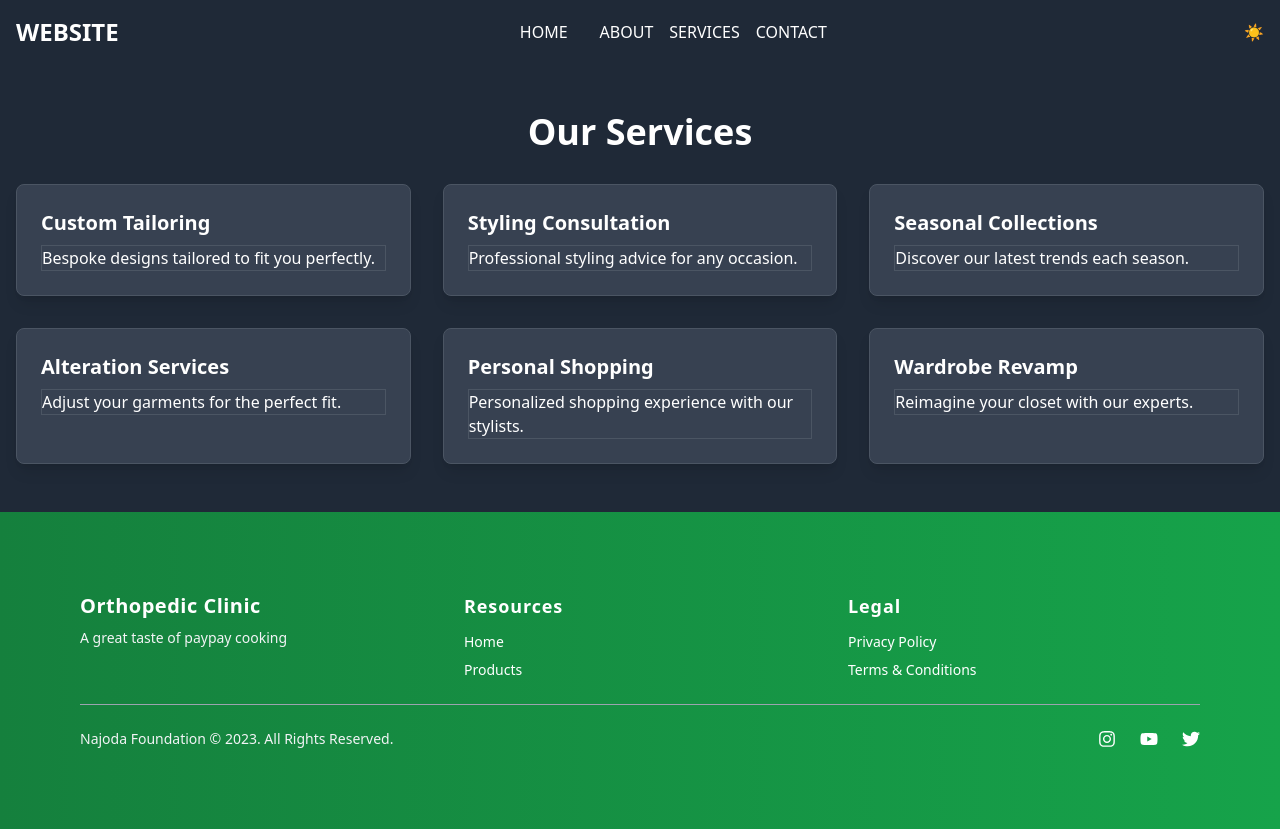
Repository: countaustin1990/file-C-Users-user-Documents-Final-20Cart
Page: /services (app in Documents/BXXXN/my-app/)
An editor plug-in stored every save of this project. The page is shown before and after the next save, followed by the edit.
The browser window is 1280 px wide. The pictures show the whole page.
The project was rebuilt for these pictures with package versions that can differ from the ones it lists, and the page was loaded fresh each time. Also part of the build but not shown: Documents/BXXXN/my-app/vite.config.js, Documents/BXXXN/my-app/src/components/folder/HeroSection.test.jsx, Documents/BXXXN/my-app/src/components/horizontalscroll/style.css, Documents/BXXXN/my-app/src/components/horizontalscroll/HorizontalScroll.jsx, Documents/BXXXN/my-app/src/pages/home/Home.test.jsx, Documents/BXXXN/my-app/src/pages/contact/Contact.jsx, Documents/BXXXN/my-app/src/pages/about/About.jsx.

Above is the page before, as saved 2024-10-31 21:57:23.

After the next save:
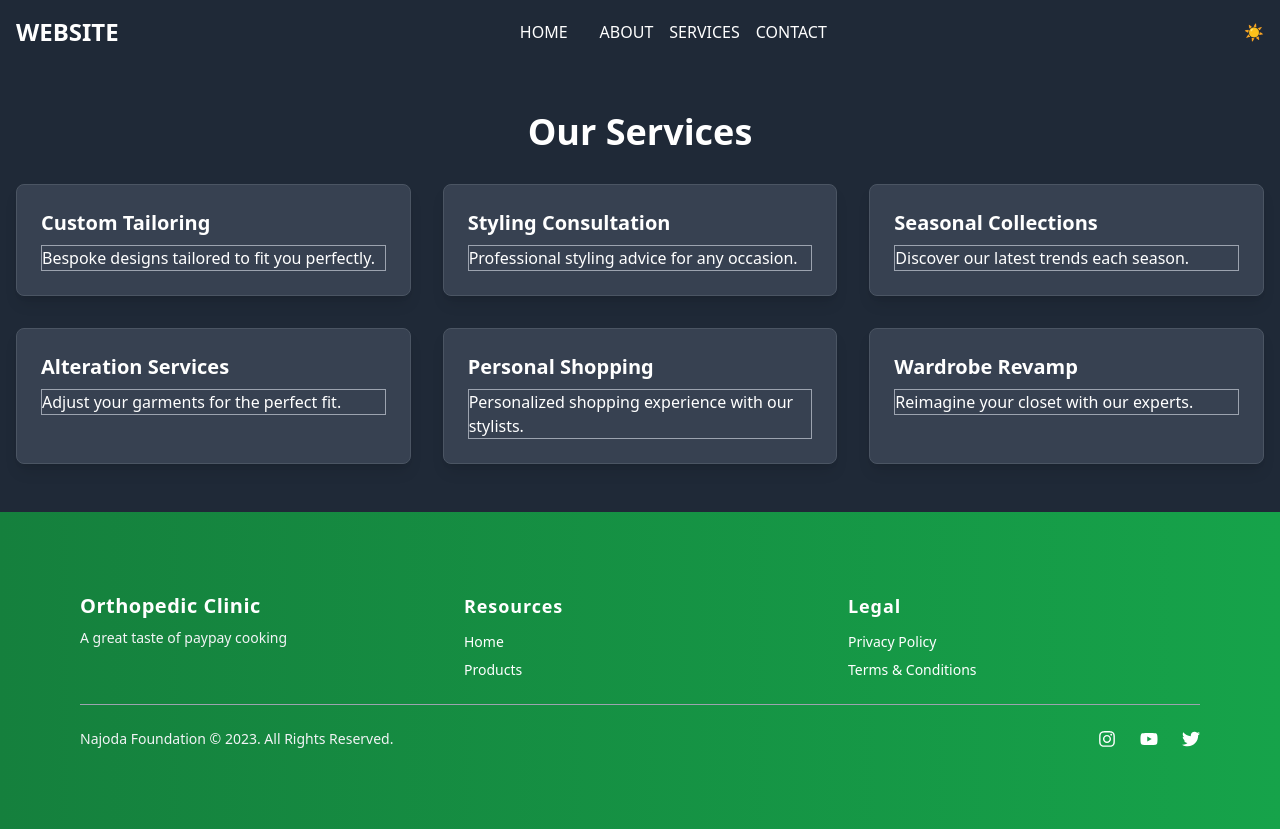
Saved 13 s later.
--- a/Documents/BXXXN/my-app/src/pages/services/Services.jsx
+++ b/Documents/BXXXN/my-app/src/pages/services/Services.jsx
@@ -20,7 +20,7 @@ const Services = ({ theme }) => {
             className={`p-6 shadow-lg rounded-lg transition-transform transform hover:scale-105 ${theme === 'light' ? 'bg-white border border-gray-300' : 'bg-gray-700 border border-gray-600'}`}
           >
             <h2 className="text-xl font-semibold mb-2">{service.title}</h2>
-            <p className={`${theme === 'light' ? 'bg-white border border-gray-300' : 'bg-gray-700 border border-gray-600'}`}>{service.description}</p>
+            <p className={`${theme === 'light' ? 'bg-white border border-gray-300' : 'bg-gray-700 border border-gray-400'}`}>{service.description}</p>
           </div>
         ))}
       </div>
